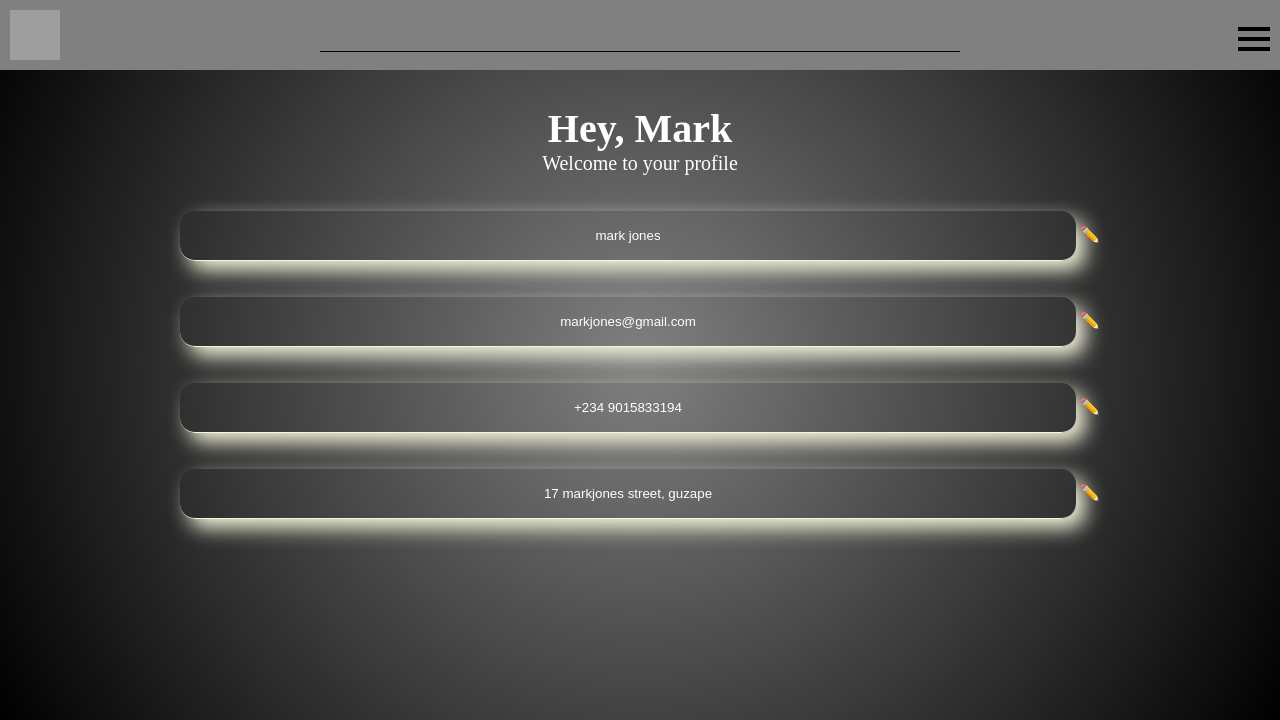
Repository: cmd-keyu/mobileppsh
Page: pages/account.html
The author's editor kept a copy of each file at every save. The page is drawn from the files as they stood at one save, then again after a run of saves.
The browser window is 1280 px wide. The pictures show the whole page.
Pictures or frames that could not be fetched are drawn as grey boxes.

Above is the page before, as saved 2024-11-12 19:32:37.

After the next 2 saves:
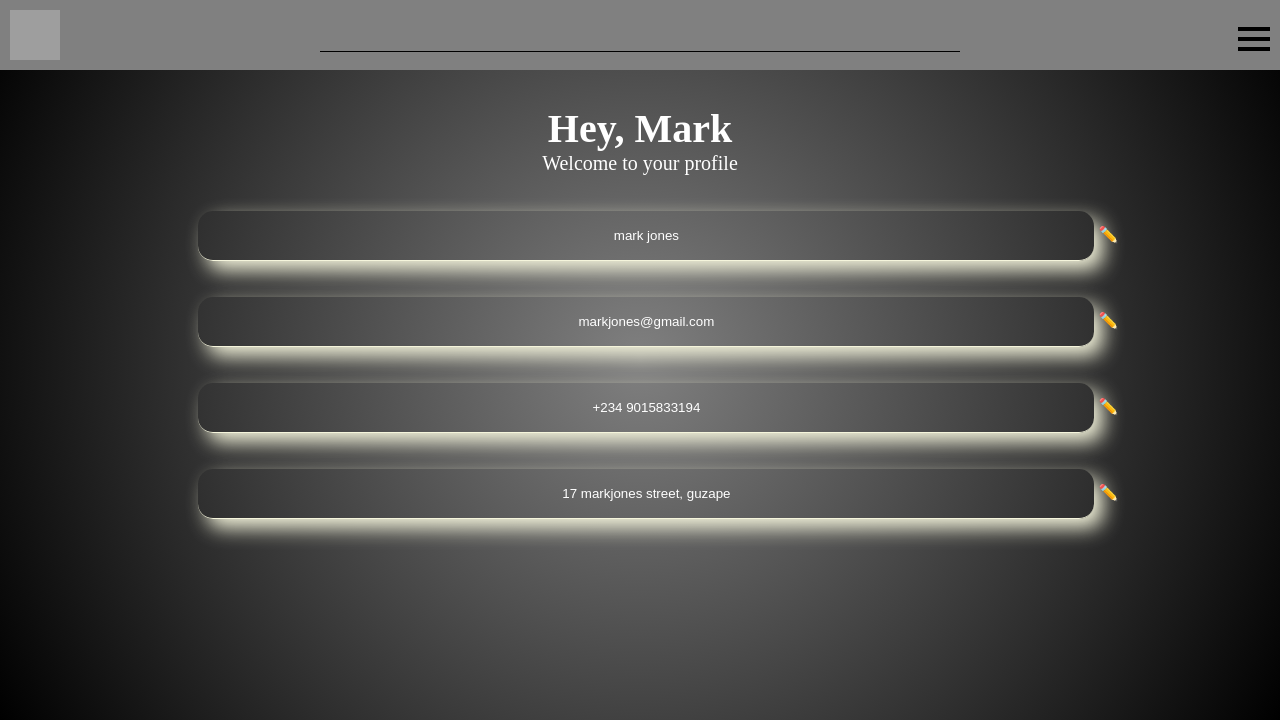
The 2 saves are shown as one change because they came seconds apart.
The last was saved 28 h 10 min later.
--- a/css/account.css
+++ b/css/account.css
@@ -181,9 +181,7 @@ footer h2{
 
 
 .move_input{
-  display: flex;
-  flex-direction: column;
-  justify-self: center;
+  margin-left: 15.5%;
 }
 
 .hi{
